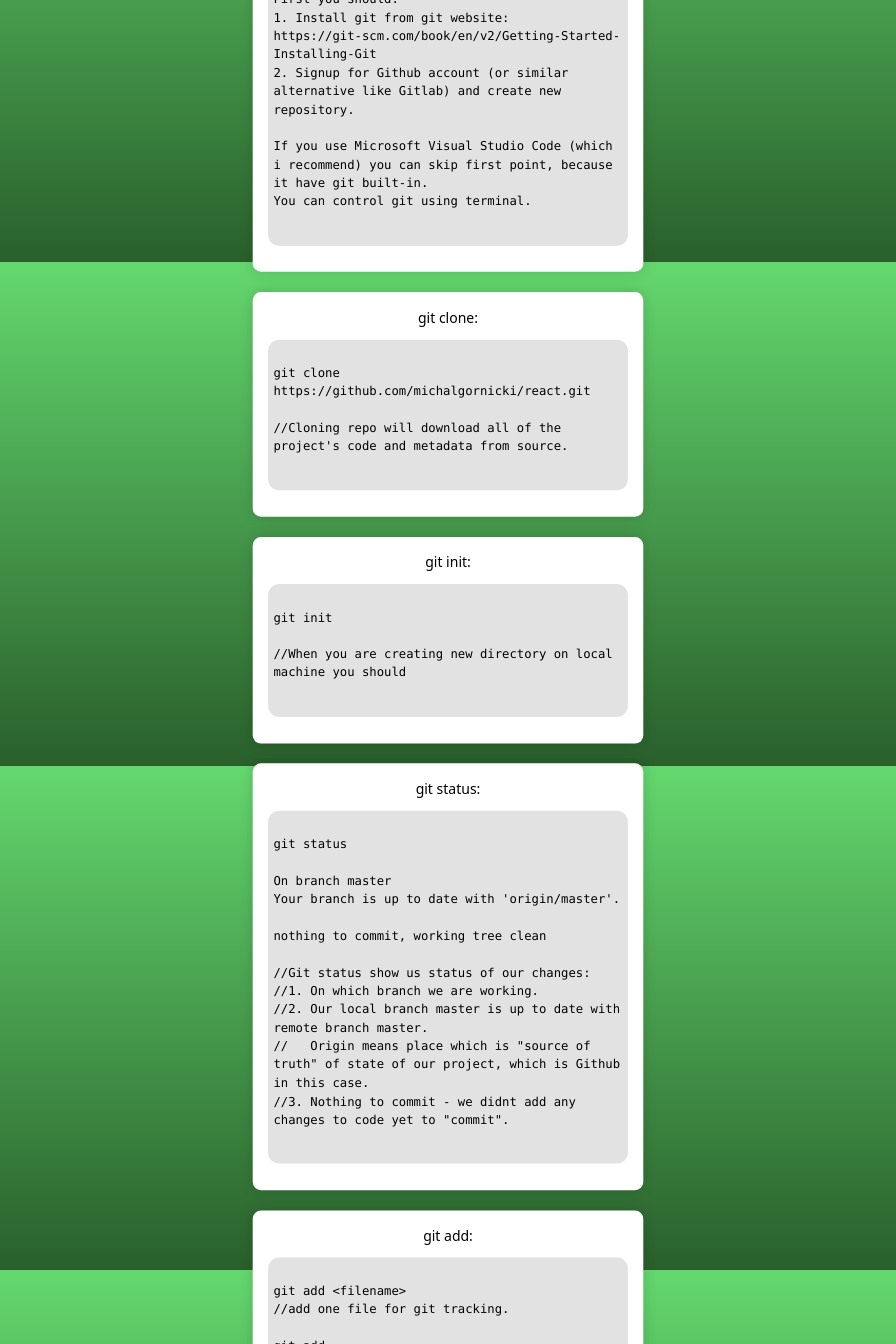
Repository: michalgornicki/git
Page: /#/Basics
The author's editor kept a copy of each file at every save. The page is drawn from the files as they stood at one save, then again after the next save.
The browser window is 1280 px wide. The pictures show the part of the page from y = 345 to 2265 px (the page is 10426 px tall), at 70% of full size.
Backgrounds fixed to the window are drawn as part of the page. The project was rebuilt for these pictures with package versions that can differ from the ones it lists, and the page was loaded fresh each time. Also part of the build but not shown: src/components/structure.jsx, src/components/conflicts.jsx.

Above is the page before, as saved 2022-02-10 13:38:20.

After the next save:
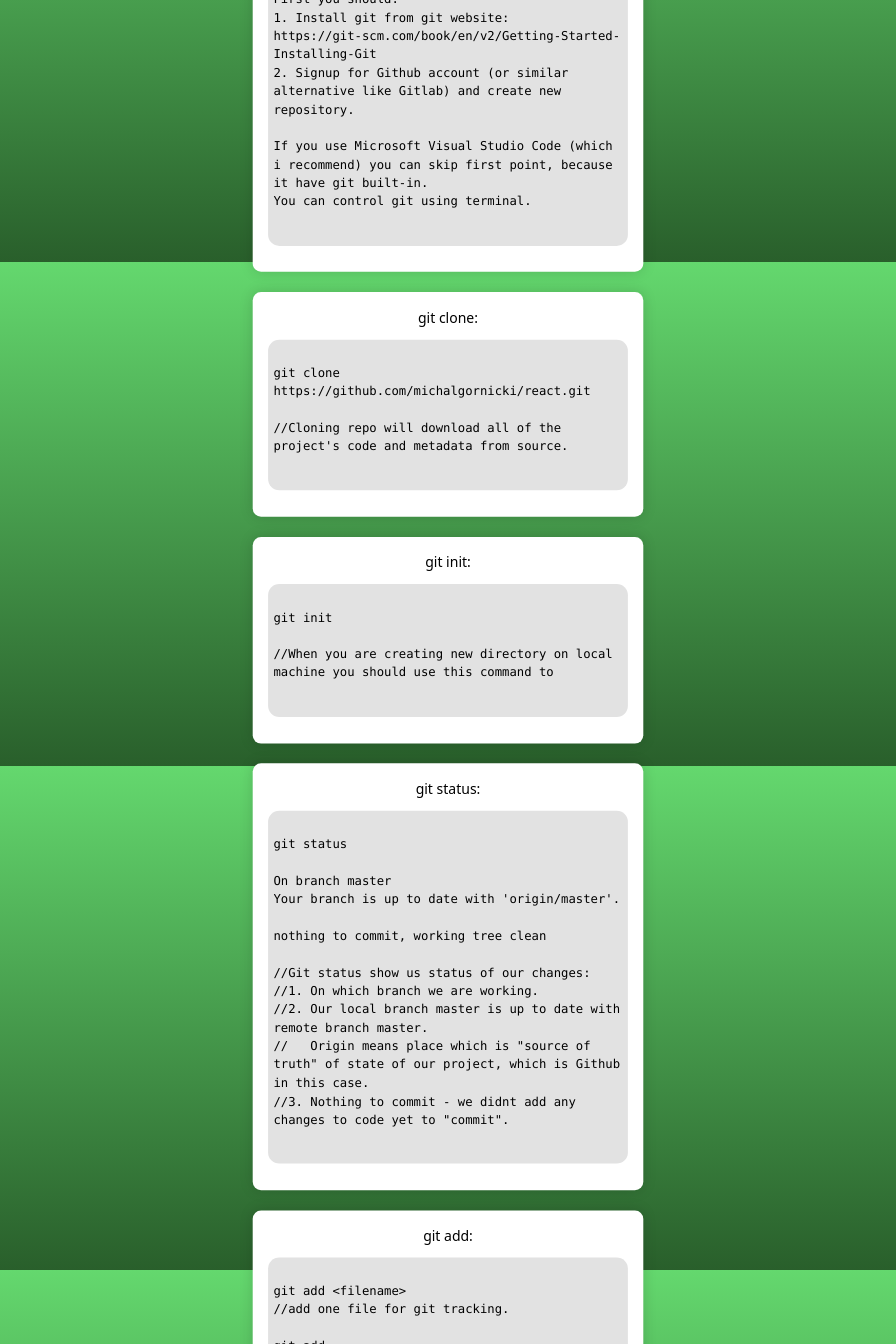
Saved 4 s later.
--- a/src/components/basics.jsx
+++ b/src/components/basics.jsx
@@ -35,7 +35,7 @@
           <pre>{`
 git init
 
-//When you are creating new directory on local machine you should
+//When you are creating new directory on local machine you should use this command to
           `}</pre>
         </div>
       </div>
